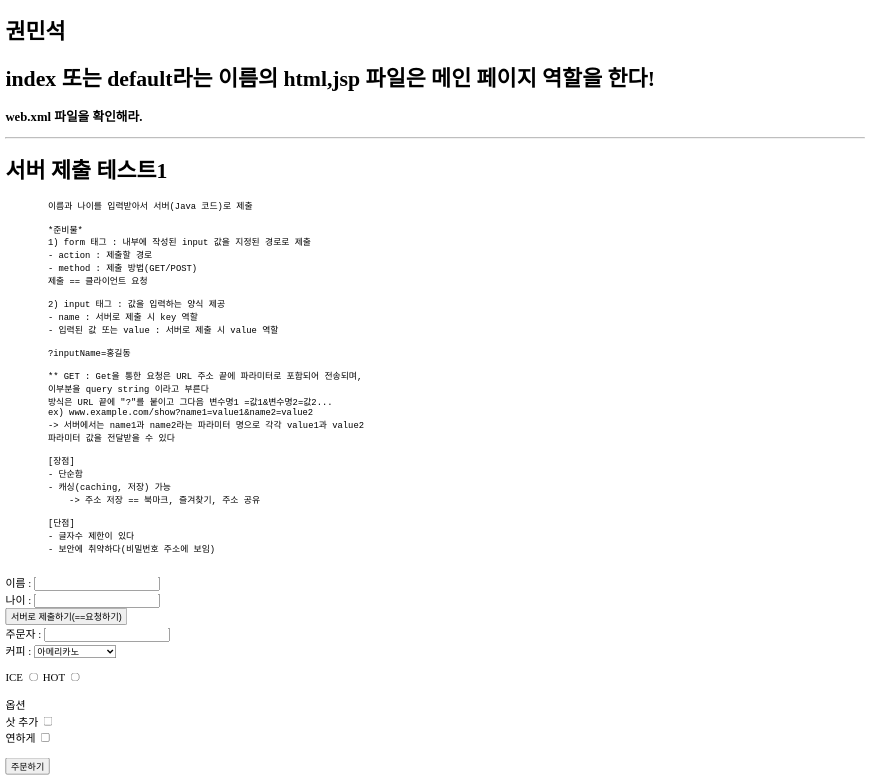
Repository: Rabsterd/6_Server
Page: ServletProject/src/main/webapp/index.html
These files come from the project's save history. The page is drawn as it stood at one moment and after the next save; the edit follows.
The browser window is 1280 px wide. The pictures show the whole page, at 68% of full size.

Above is the page before, as saved 2023-09-15 02:49:47.

### ServletProject/src/main/webapp/index.html
<!DOCTYPE html>
<html lang="en">
<head>
    <meta charset="UTF-8">
    <meta name="viewport" content="width=device-width, initial-scale=1.0">
    <title>Servelet 프로젝트</title>
</head>
<body>
    <h1>권민석</h1>
    <h1>index 또는 default라는 이름의 html,jsp 파일은 메인 페이지 역할을 한다!</h1>
    <h3>web.xml 파일을 확인해라.</h3>

    <hr>

    <h1>서버 제출 테스트1</h1>
    <pre>
        이름과 나이를 입력받아서 서버(Java 코드)로 제출

        *준비물*
        1) form 태그 : 내부에 작성된 input 값을 지정된 경로로 제출
        - action : 제출할 경로
        - method : 제출 방법(GET/POST)
        제출 == 클라이언트 요청

        2) input 태그 : 값을 입력하는 양식 제공
        - name : 서버로 제출 시 key 역할
        - 입력된 값 또는 value : 서버로 제출 시 value 역할

        ?inputName=홍길동

        ** GET : Get을 통한 요청은 URL 주소 끝에 파라미터로 포함되어 전송되며,
        이부분을 query string 이라고 부른다
        방식은 URL 끝에 "?"를 붙이고 그다음 변수명1 =값1&변수명2=값2...
        ex) www.example.com/show?name1=value1&name2=value2
        -> 서버에서는 name1과 name2라는 파라미터 명으로 각각 value1과 value2
        파라미터 값을 전달받을 수 있다

        [장점]
        - 단순함
        - 캐싱(caching, 저장) 가능
            -> 주소 저장 == 북마크, 즐겨찾기, 주소 공유

        [단점]
        - 글자수 제한이 있다
        - 보안에 취약하다(비밀번호 주소에 보임)
    </pre>


    <form action="/example1" method="GET">
        이름 : <input name="inputName">
        <br>
        나이 : <input type="number" name="inputAge">
        <br>
        <button>서버로 제출하기(==요청하기)</button>
    </form>

    <form action="/example2" method="get">
        주문자 : <input name="orderer">
        <br>

        <!-- option에 value없으면 작성된 내용이 value-->
        커피 : <select name="coffee">
            <option>아메리카노</option>
            <option>카페라떼</option>
            <option>카푸치노</option>
            <option>콜드브루</option>
            <option>민트초코칩프라페</option>
        </select>

        <br><br>
        ICE <input type="radio" name="type" value="ICE">
        HOT <input type="radio" name="type" value="HOT">

        <br><br>
        옵션 <br>
        삿 추가 <input type="checkbox" name="opt" value="shot">
        <br>
        연하게 <input type="checkbox" name="opt" value="mild">

        <br><br>
        <button>주문하기</button>
    </form>
</body>
</html>

After the next save:
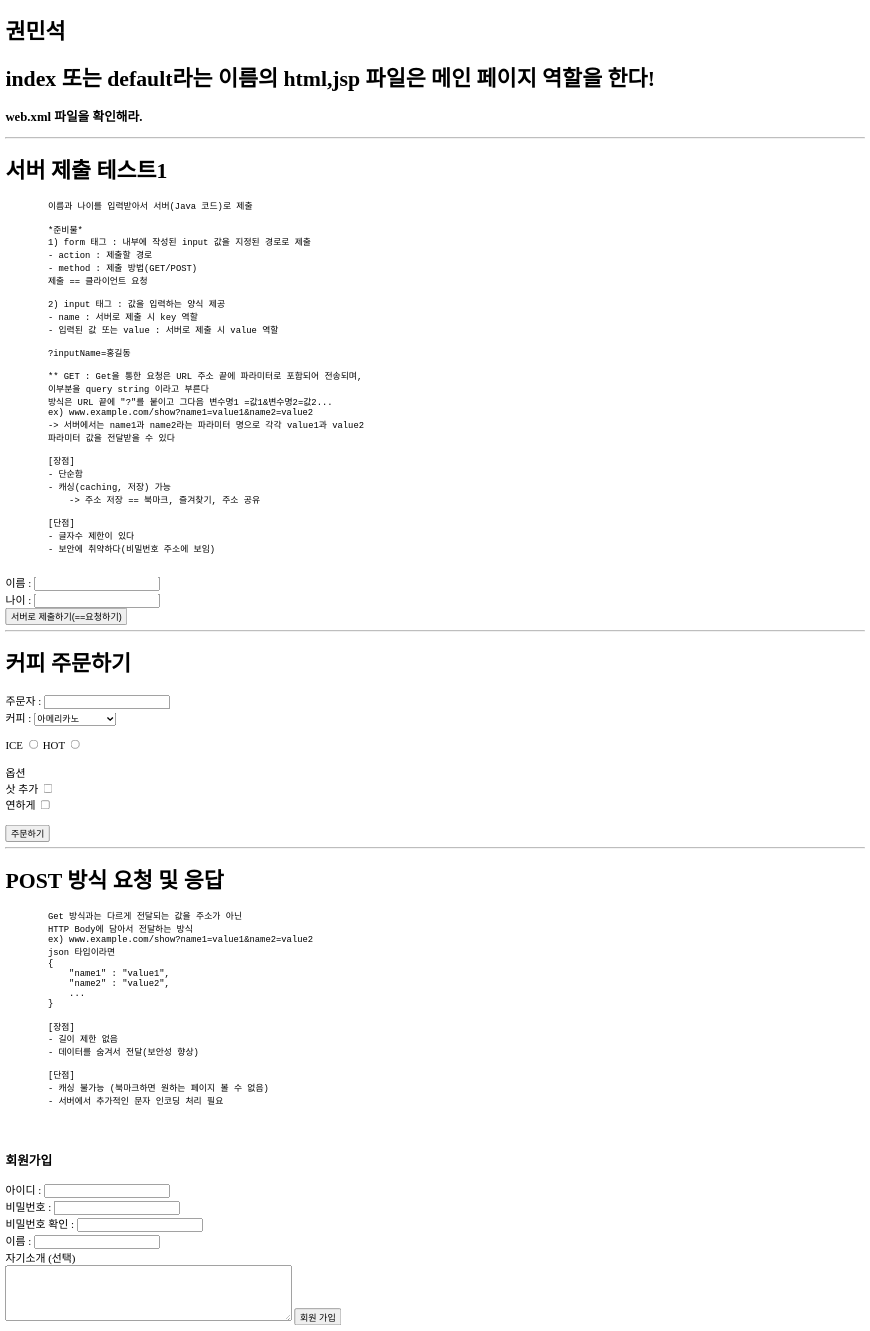
Saved 51 s later.
--- a/ServletProject/src/main/webapp/index.html
+++ b/ServletProject/src/main/webapp/index.html
@@ -54,6 +54,9 @@
         <button>서버로 제출하기(==요청하기)</button>
     </form>
 
+    <hr>
+    <h1>커피 주문하기</h1>
+
     <form action="/example2" method="get">
         주문자 : <input name="orderer">
         <br>
@@ -80,5 +83,44 @@
         <br><br>
         <button>주문하기</button>
     </form>
+
+    <hr>
+
+    <h1>POST 방식 요청 및 응답</h1>
+    <pre>
+        Get 방식과는 다르게 전달되는 값을 주소가 아닌
+        HTTP Body에 담아서 전달하는 방식
+        ex) www.example.com/show?name1=value1&name2=value2
+        json 타입이라면
+        {
+            "name1" : "value1",
+            "name2" : "value2",
+            ...
+        }
+
+        [장점]
+        - 길이 제한 없음
+        - 데이터를 숨겨서 전달(보안성 향상)
+
+        [단점]
+        - 캐싱 불가능 (북마크하면 원하는 페이지 볼 수 없음)
+        - 서버에서 추가적인 문자 인코딩 처리 필요
+
+
+    </pre>
+
+    <h3>회원가입</h3>
+
+    <form action="/signUp" method="post">
+        아이디 : <input type="text" name="inputId" required> <br>
+        비밀번호 : <input type="password" name="inputPw" required> <br>
+        비밀번호 확인 : <input type="password" required> <br>
+        이름 : <input name="inputName" required> <br>
+
+        자기소개 (선택) <br>
+        <textarea name="intro" cols="50" rows="5"></textarea>
+
+        <button>회원 가입</button>
+    </form>
 </body>
 </html>
